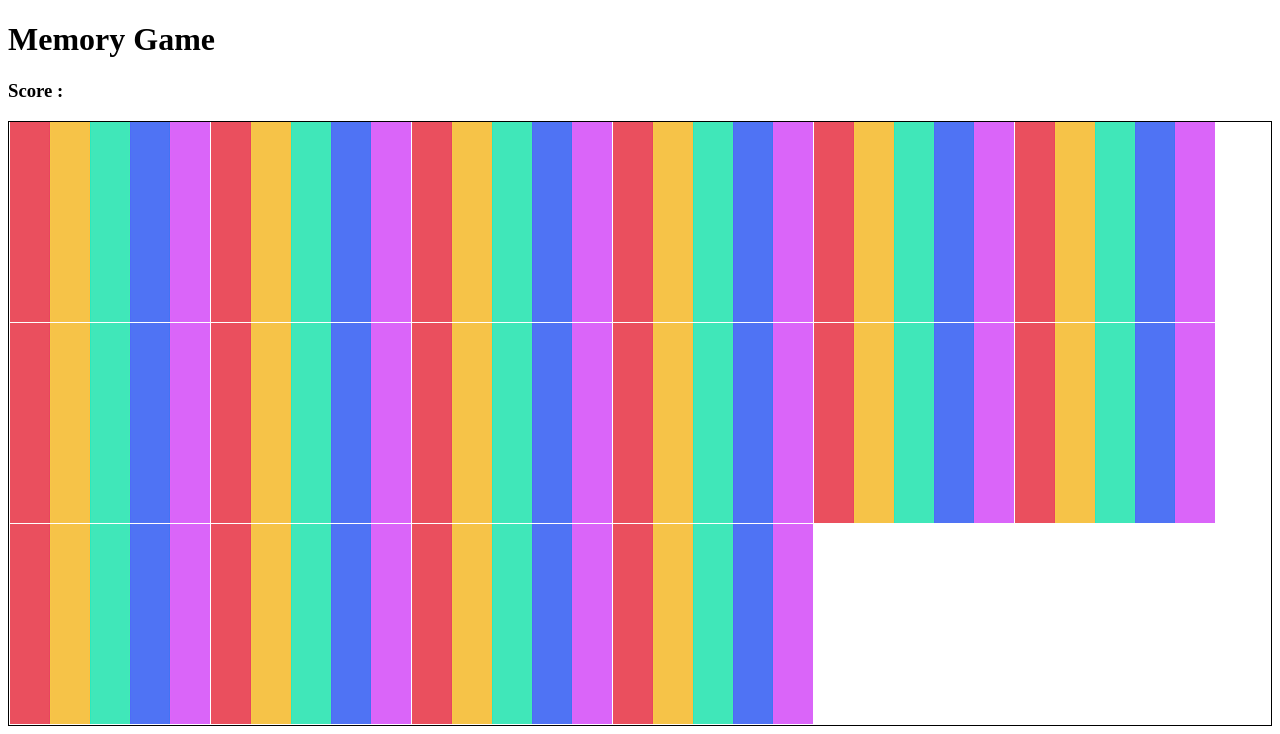
Repository: divyaravada/javascript-games
Page: memory-game/memorygame.html
The author's editor kept a copy of each file at every save. The page is drawn from the files as they stood at one save, then again after the next save.
The browser window is 1280 px wide. The pictures show the whole page.

Above is the page before, as saved 2022-03-15 16:21:42.

### memory-game/memorygame.html
<!DOCTYPE html>
<html lang="en">
  <head>
    <meta charset="UTF-8" />
    <title>Memory Game</title>
    <link rel="stylesheet" href="./memorystyle.css" />
  </head>
  <body>
    <div>
      <h1>Memory Game</h1>
    </div>

    <div>
      <h3>Score : <span id="result"></span></h3>
    </div>

    <div id="grid"></div>

    <script src="./memory.js"></script>
  </body>
</html>

### memory-game/memorystyle.css
#grid {
  align-items: center;
  display: flex;
  flex-wrap: wrap;
  border: 1px solid black;
}
#grid img {
  width: 200px;
  height: 200px;
  padding: 0.5px;
}

### memory-game/memory.js
const cardArray = [
  {
    name: "redcar",
    img: "images/redcar.png",
  },
  {
    name: "whitecar",
    img: "images/whitecar.png",
  },
  {
    name: "yellowcar",
    img: "images/yellowcar.jpg",
  },
  {
    name: "purplecar",
    img: "images/purplecar.png",
  },
  {
    name: "greencar",
    img: "images/greencar.png",
  },
  {
    name: "browncar",
    img: "images/browncar.png",
  },
  {
    name: "bluecar",
    img: "images/bluecar.jpg",
  },
  {
    name: "blackcar",
    img: "images/blackcar.png",
  },
  {
    name: "redcar",
    img: "images/redcar.png",
  },
  {
    name: "whitecar",
    img: "images/whitecar.png",
  },
  {
    name: "yellowcar",
    img: "images/yellowcar.jpg",
  },
  {
    name: "purplecar",
    img: "images/purplecar.png",
  },
  {
    name: "greencar",
    img: "images/greencar.png",
  },
  {
    name: "browncar",
    img: "images/browncar.png",
  },
  {
    name: "bluecar",
    img: "images/bluecar.jpg",
  },
  {
    name: "blackcar",
    img: "images/blackcar.png",
  },
];

cardArray.sort(() => 0.5 - Math.random());

const gridDisplay = document.querySelector("#grid");
const resultDisplay = document.querySelector("#result");
let cardsChoosen = [];
let cardsChoosenIds = [];
const cardsWon = [];

function createBoard() {
  for (let i = 0; i < cardArray.length; i++) {
    const card = document.createElement("img");
    card.setAttribute("src", "images/rainbow.png");
    card.setAttribute("data-id", i);
    card.addEventListener("click", flipCard);
    gridDisplay.appendChild(card);
  }
}
createBoard();

function checkMatch() {
  const cards = document.querySelectorAll("img");
  const optionOneId = cardsChoosenIds[0];
  const optionTwoId = cardsChoosenIds[1];
  if (optionOneId == optionTwoId) {
    cards[optionOneId].setAttribute("src", "images/rainbow.png");
    cards[optionTwoId].setAttribute("src", "images/rainbow.png");
    alert("You have clicked the same image!");
  }

  if (cardsChoosen[0] == cardsChoosen[1]) {
    alert("You found a match");
    cards[optionOneId].setAttribute("src", "images/white.png");
    cards[optionTwoId].setAttribute("src", "images/white.png");
    cards[optionOneId].removeEventListener("click", flipCard);
    cards[optionTwoId].removeEventListener("click", flipCard);
    cardsWon.push(cardsChoosen);
  } else {
    cards[optionOneId].setAttribute("src", "images/rainbow.png");
    cards[optionTwoId].setAttribute("src", "images/rainbow.png");
    alert("Sorry Try again!");
  }
  resultDisplay.textContent = cardsWon.length;
  cardsChoosen = [];
  cardsChoosenIds = [];

  if (cardsWon.length == cardArray.length / 2) {
    resultDisplay.textContent = "Congratulations you found them all";
  }
}

function flipCard() {
  const cardId = this.getAttribute("data-id");
  cardsChoosen.push(cardArray[cardId].name);
  cardsChoosenIds.push(cardId);
  this.setAttribute("src", cardArray[cardId].img);
  if (cardsChoosen.length === 2) {
    setTimeout(checkMatch, 500);
  }
}

After the next save:
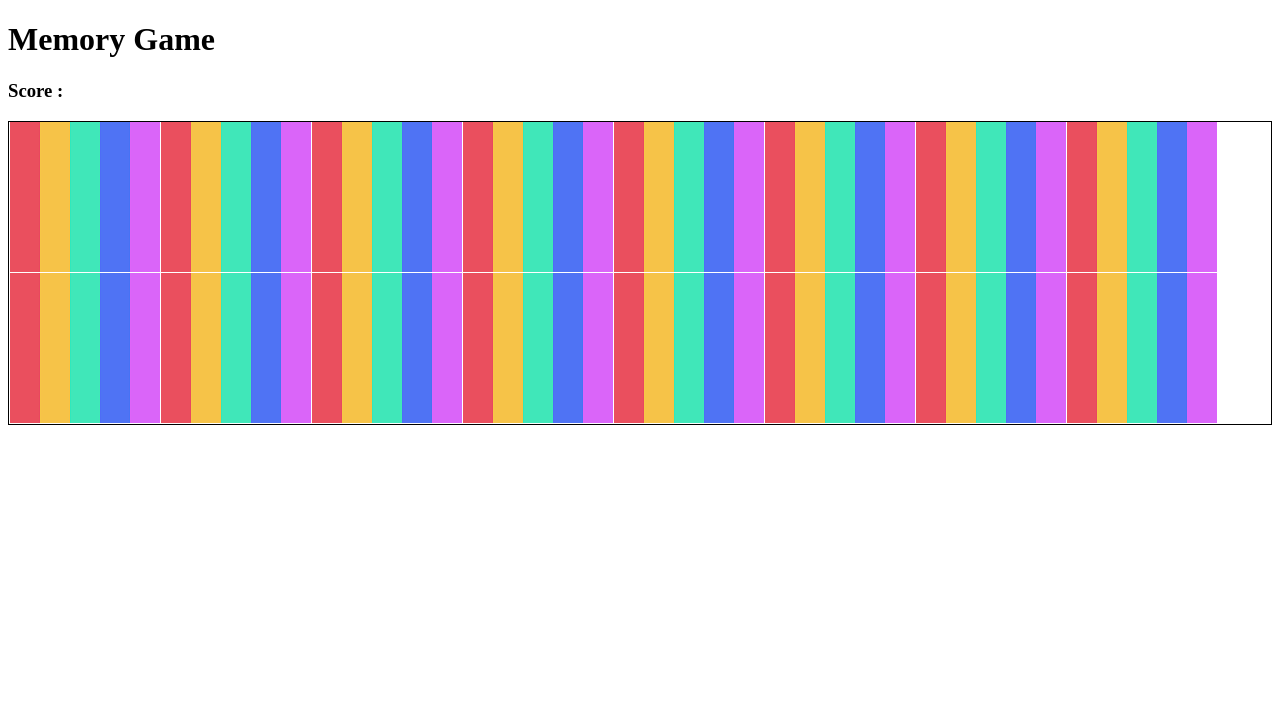
Saved 13 s later.
--- a/memory-game/memorystyle.css
+++ b/memory-game/memorystyle.css
@@ -5,7 +5,7 @@
   border: 1px solid black;
 }
 #grid img {
-  width: 200px;
-  height: 200px;
+  width: 150px;
+  height: 150px;
   padding: 0.5px;
 }
